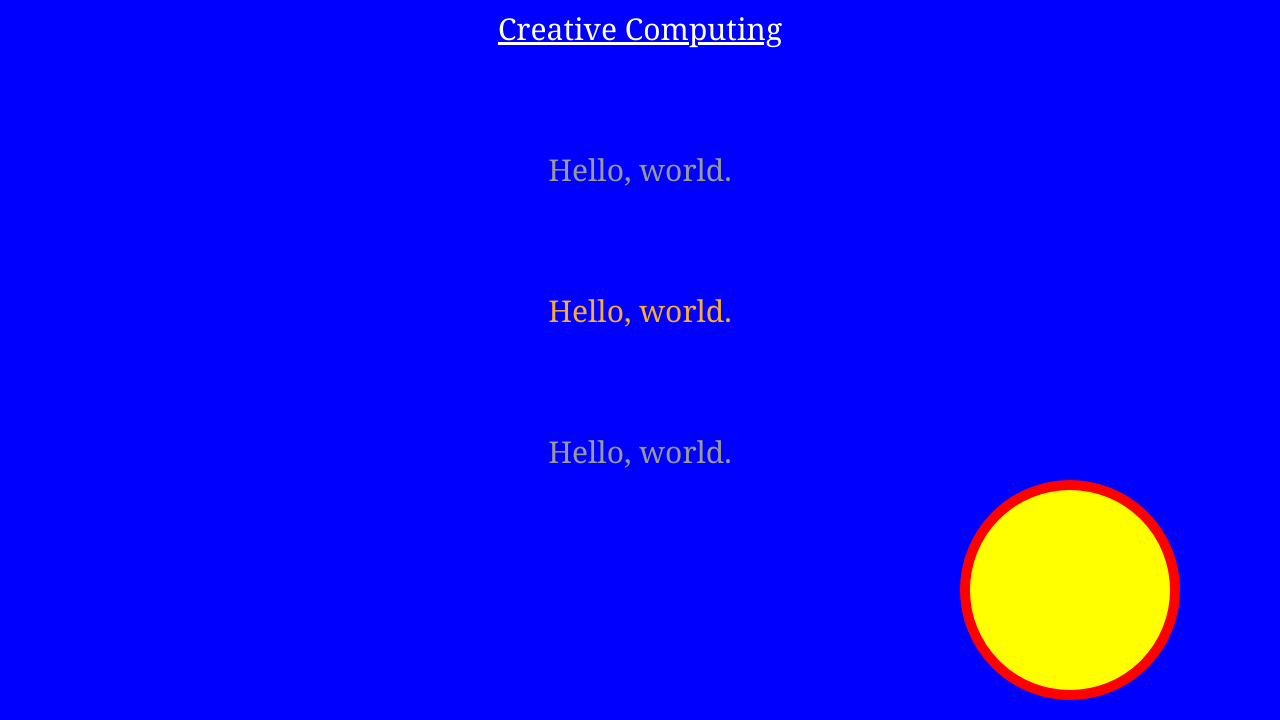
Repository: hyereechoi/hyereechoi.github.io
Page: hyeree.html
The author's editor kept a record of every edit. The page is drawn from the files as they stood at one moment, then again after the next edit.
The browser window is 1280 px wide. The pictures show the whole page.

Above is the page before.

### hyeree.html
<!DOCTYPE html>
<html>
	<head>
		<title>Hello, world.</title>
		<link href="styles.css" rel="stylesheet">
	</head>
	<body>

	<a href="http://creativecomputing.me">Creative Computing</a>

	<div class="one">


	</div>

		<p>Hello, world.</p>
		<p class="paragraph2">Hello, world.</p>
		<p>Hello, world.</p>

	</body>
</html>

### styles.css
body {
    background-color: blue;
    color: red;
    font-size: 30px;
    font-family: Helvetica, arial, sans-serif;
    text-align: center;

    font-family: georgia,"times new roman",times,serif;
color: #999;

}

p {
    margin: 100px;
}

.paragraph2 {
    color: #faac32;
}

.one {
    width: 200px;
    height: 200px;
    background-color: yellow;
    position: absolute;
    bottom: 20px;
    right: 100px;
    border-radius: 100%;
    border: solid red 10px;

}

.one:hover {
    background-color: lime;
}


a:link {
    color: white;

}

a:visited {
    color: red;
}

a:link :hover {
    color: yello;
}

After the next edit:
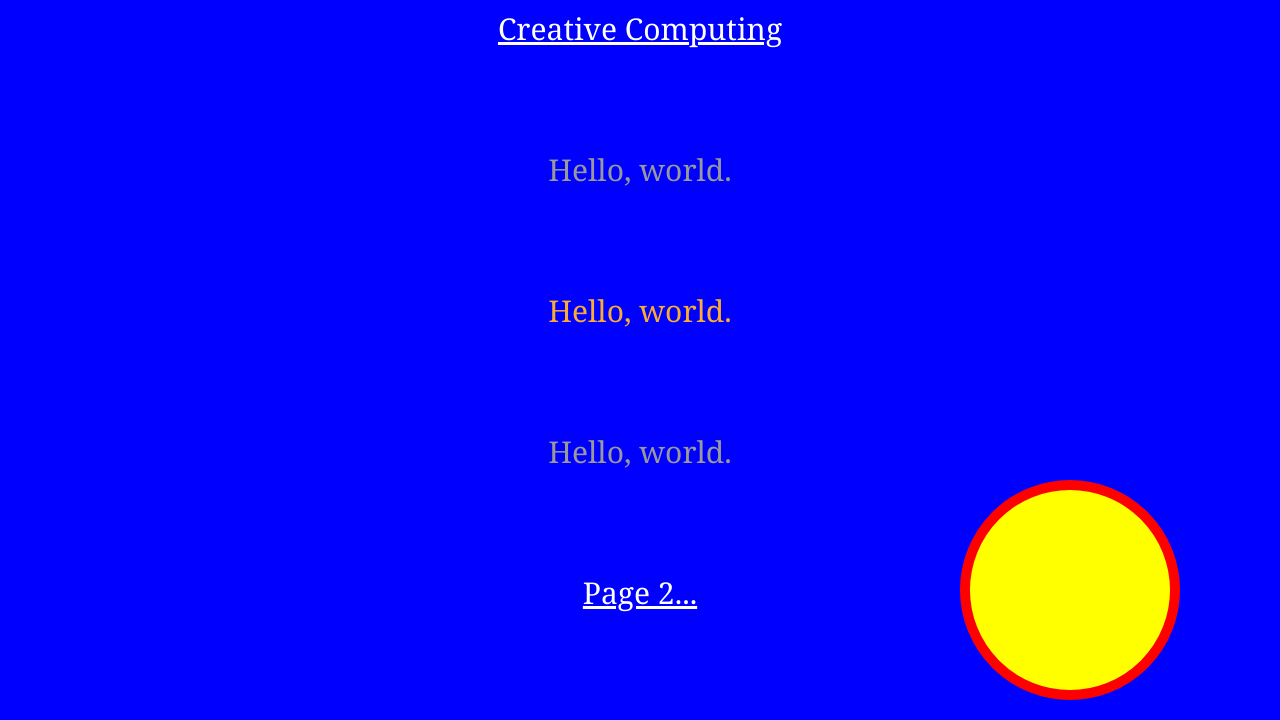
The edit:
--- a/hyeree.html
+++ b/hyeree.html
@@ -17,5 +17,7 @@
 		<p class="paragraph2">Hello, world.</p>
 		<p>Hello, world.</p>
 
+		<a href="page2.html">Page 2...</a>
+
 	</body>
 </html>
